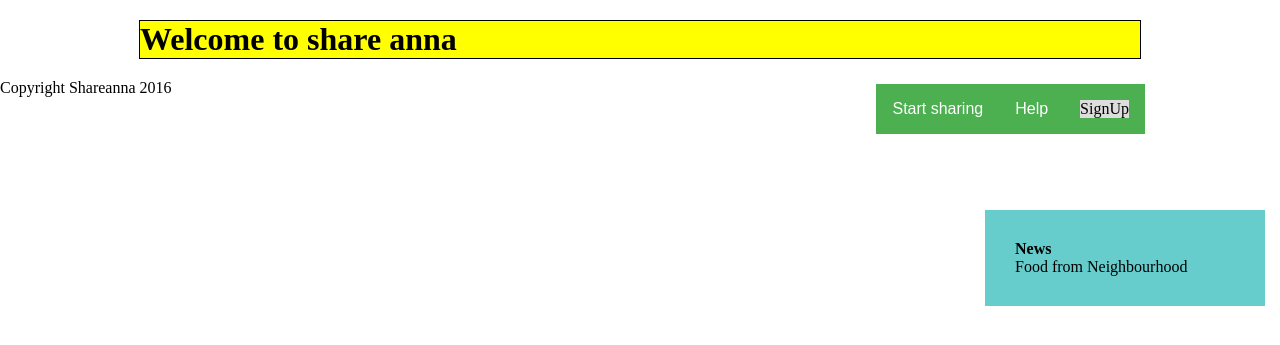
Repository: navigator007/shareanna
Page: practiceSpringMVC_1/src/main/webapp/home.html
The author's editor kept a copy of each file at every save. The page is drawn from the files as they stood at one save, then again after the next save.
The browser window is 1280 px wide. The pictures show the whole page.

Above is the page before, as saved 2016-08-20 23:45:22.

After the next save:
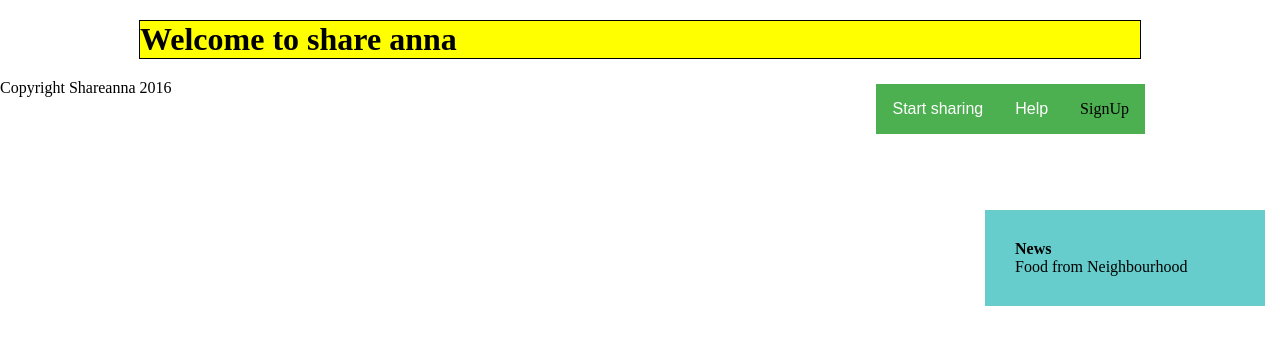
Saved 20 s later.
--- a/practiceSpringMVC_1/src/main/webapp/css/home.css
+++ b/practiceSpringMVC_1/src/main/webapp/css/home.css
@@ -84,7 +84,7 @@ body{
     font-size: 16px;
     border: none;
     cursor: pointer;
-
+    text-decoration: none;
 
 }
 .dropdown_custom a:hover, a:active {
@@ -92,8 +92,7 @@ background-color: #3e8e41;
 }
 .dropdown_custom a{
 	text-decoration: none;
-	background-color: none;
+	background: none;
 	color: black;
     display: block;
-
 }
